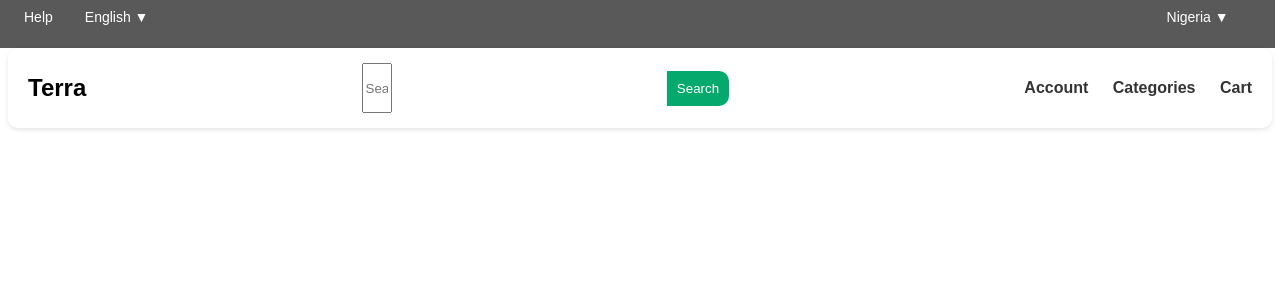
Repository: Femi007-gh/e-commerce
Page: index.html
An editor plug-in stored every save of this project. The page is shown before and after a run of saves, followed by the edit.
The browser window is 1280 px wide. The pictures show the whole page.

Above is the page before, as saved 2025-04-28 19:56:33.

### index.html
<html>
    <head>
      <title>Shopping Cart Page</title>
      <link rel="stylesheet" href="style.css">
    </head>
  <body>
    <header>
    <div class="div1">
<div class="top-bar">
  <div class="left">
    <div class="dropdown">
      <button class="dropbtn">Help</button>
    </div>
    <div class="dropdown">
      <button class="dropbtn">English ▼</button>
      <div class="dropdown-content">
        <a href="#">English</a>
        <a href="#">Japanese</a>
        <a href="#">Korean</a>
      </div>
    </div>
  </div>
  <div class="right">
    <div class="dropdown">
      <button class="dropbtn">Nigeria ▼</button>
      <div class="dropdown-content">
        <a href="#">Nigeria</a>
        <a href="#">USA</a>
        <a href="#">China</a>
        </div>
      </div>
     </div>
   </div>
  </div>


<nav class="nav-bar">
  <div class="logo">Terra</div>
    <input type="text" placeholder="Search products, categories, and brands" class="inp">
    <button class="search">Search</button>
  </div>
  <div class="nav-icons">
    <a href="#">Account</a>
    <a href="#">Categories</a>
    <a href="#">Cart</a>
  </div>
</nav>
  </body>
</html>

### style.css
body{
  font-family: Arial;
}
.div1{
  background-color: #595959;
  width: 101%;
  height: 50px;
  margin-left: -10px;
  margin-top: -10px;
}
.top-bar {
  background-color:  #595959;
  color: white;
  padding: 10px 20px;
  display: flex;
  justify-content: space-between;
  font-size: 14px;
}

.top-bar .left, .top-bar .right {
  display: flex;
  align-items: center;
}

.dropdown {
  position: relative;
  margin-right: 20px;
}

.dropbtn {
  background: none;
  border: none;
  color: white;
  cursor: pointer;
  font-size: 14px;
}

.dropdown-content {
  display: none;
  position: absolute;
  background-color: white;
  color:  #595959;
  min-width: 100px;
  border-radius: 5px;
  box-shadow: 0px 8px 16px rgba(0,0,0,0.2);
  z-index: 1;
}

.dropdown-content a {
  padding: 8px 12px;
  display: block;
  text-decoration: none;
  color: black;
}

.dropdown-content a:hover {
  background-color: #f1f1f1;
}

.dropdown:hover .dropdown-content {
  display: block;
}

.nav-icons a {
  margin-left: 20px;
  text-decoration: none;
  color: #333;
  font-weight: 600;
}


/* Nav bar */
.nav-bar {
  display: flex;
  justify-content: space-between;
  align-items: center;
  background: white;
  padding: 15px 20px;
  margin-bottom: 20px;
  border-radius: 10px;
  box-shadow: 0 2px 5px rgba(0,0,0,0.1);
}

.nav-bar .logo {
  font-weight: 700;
  font-size: 24px;
}


.search {
  background-color: #04AA6D;
  color: white;
  border: none;
  border-radius: 0 10px 10px 0;
  cursor: pointer;
  padding: 10px 10px;
}

.nav-icons a {
  margin-left: 20px;
  text-decoration: none;
  color: #333;
}

.inp {
  height: 50px;
  width: 30px;
}

After the next 2 saves:
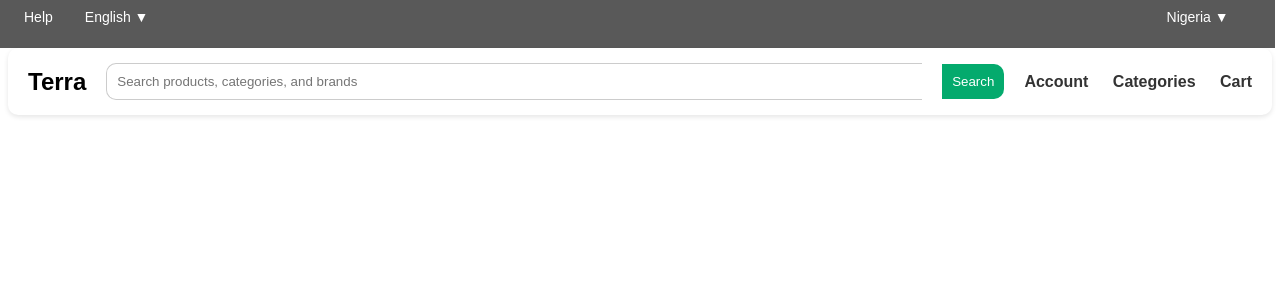
The 2 saves are shown as one change because they came seconds apart.
The last was saved 16 s later.
--- a/style.css
+++ b/style.css
@@ -87,6 +87,16 @@ body{
 }
 
 
+ .inp {
+  flex: 1;
+  border: 1px solid #ccc;
+  border-right: none;
+  border-radius: 10px 0 0 10px;
+   flex: 1;
+  margin: 0 20px;
+  display: flex;
+}
+
 .search {
   background-color: #04AA6D;
   color: white;
@@ -103,6 +113,5 @@ body{
 }
 
 .inp {
-  height: 50px;
-  width: 30px;
+  padding: 10px 10px;
 }
